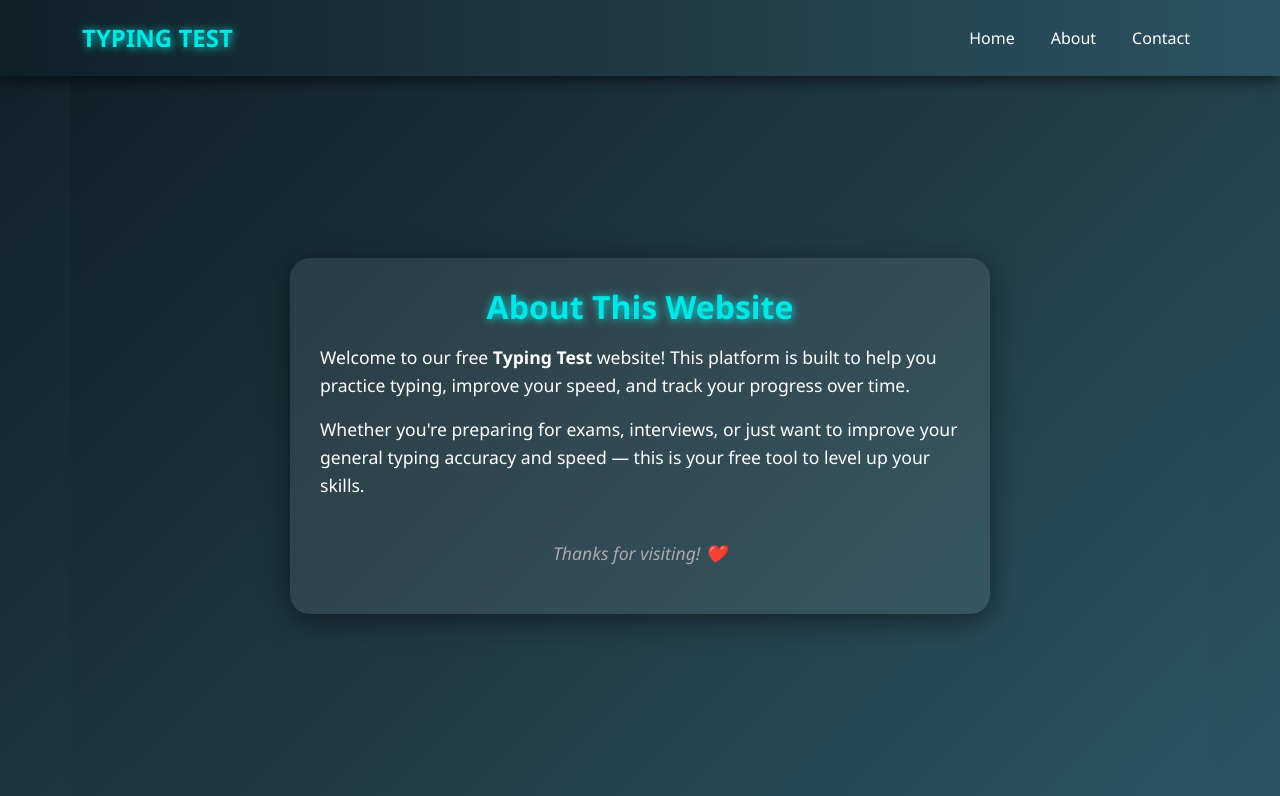
Repository: SHAHZADcodr/typing-test-react
Page: /about
The author's editor kept a copy of each file at every save. The page is drawn from the files as they stood at one save, then again after a run of saves.
The browser window is 1280 px wide. The pictures show the whole page.
The project was rebuilt for these pictures with package versions that can differ from the ones it lists, and the page was loaded fresh each time. Also part of the build but not shown: src/customCss/Home.css, src/pages/Home.jsx, src/customCss/Contact.css, src/pages/Contact.jsx, src/customCss/Game.css, src/pages/Game.jsx, src/customCss/GameOver.css, src/pages/GameOver.jsx. Imported but missing from the stored project, and not drawn on this page: src/assets/background.mp3, src/assets/pop.mp3.

Above is the page before, as saved 2025-04-09 15:35:00.

After the next 2 saves:
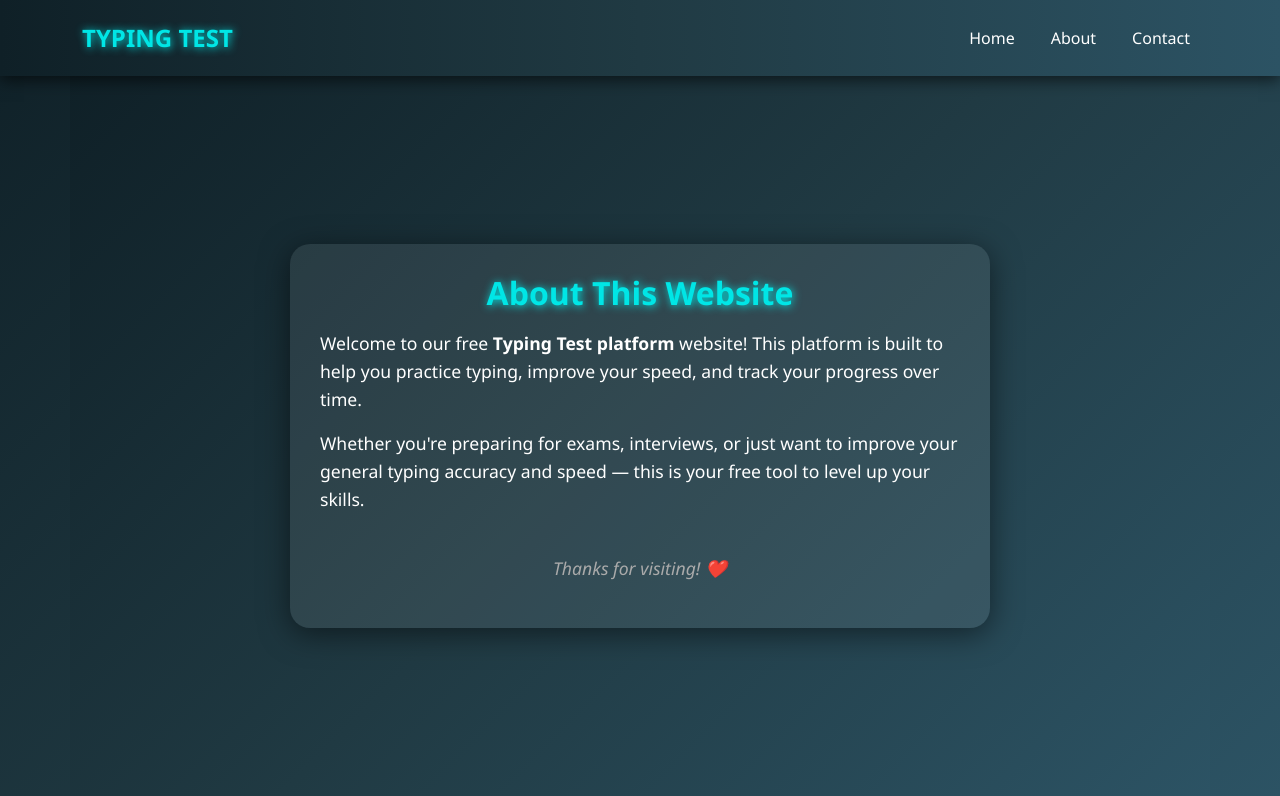
The 2 saves are shown as one change because they came seconds apart.
The last was saved 7 s later.
--- a/src/pages/About.jsx
+++ b/src/pages/About.jsx
@@ -8,7 +8,7 @@ const About = () => {
       <Card className="about-card">
         <h2 className="mb-3 text-center">About This Website </h2>
         <p>
-          Welcome to our free <strong>Typing Test</strong> website! This platform is built to help you practice typing, improve your speed, and track your progress over time.
+          Welcome to our free <strong>Typing Test platform</strong> website! This platform is built to help you practice typing, improve your speed, and track your progress over time.
         </p>
         <p>
           Whether you're preparing for exams, interviews, or just want to improve your general typing accuracy and speed — this is your free tool to level up your skills.
